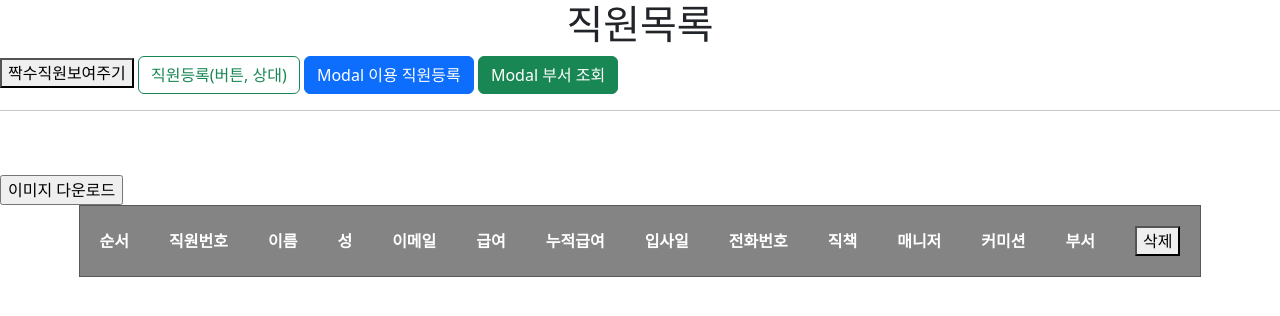
Repository: leessol/spring1
Page: http://localhost/springMVCProject/WEB-INF/views/emp/empSelect.jsp
These files come from the project's save history. The page is drawn as it stood at one moment and after a run of saves; the edit follows.
The browser window is 1280 px wide. The pictures show the whole page.
The page is served by Tomcat 9. Nobody is signed in. The template is opened directly, without the code that normally fills it, so the values that code supplies are empty.

Above is the page before, as saved 2023-05-08 03:25:27.

After the next 2 saves:
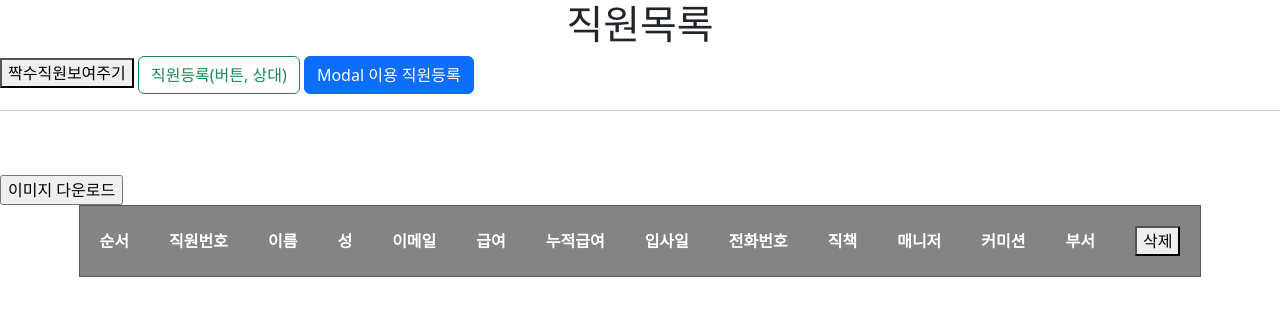
The 2 saves are shown as one change because they came seconds apart.
The last was saved 7 s later.
--- a/springMVCProject/src/main/webapp/WEB-INF/views/emp/empSelect.jsp
+++ b/springMVCProject/src/main/webapp/WEB-INF/views/emp/empSelect.jsp
@@ -110,9 +110,7 @@ tr th {
 		<button type="button" class="btn btn-primary" data-bs-toggle="modal"
 			data-bs-target="#exampleModal" data-bs-whatever="@mdo">Modal
 			이용 직원등록</button>
-		<button type="button" class="btn btn-success" data-bs-toggle="modal"
-			data-bs-target="#exampleModal" data-bs-whatever="@mdo">Modal
-			부서 조회</button>
+
 
 		<hr>
 
